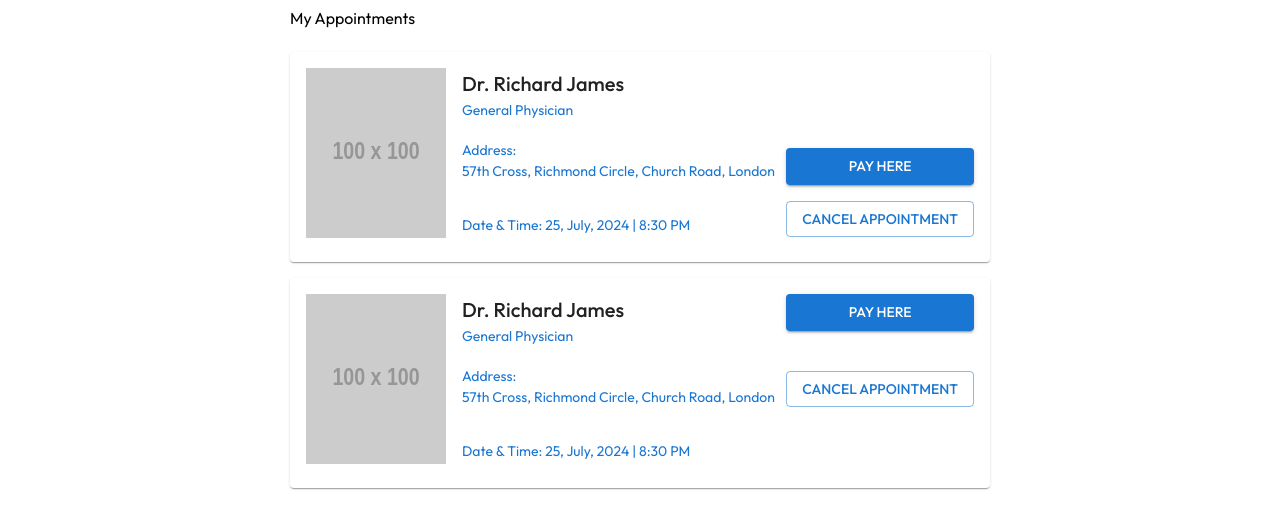
Repository: Ali-Dmerdash/DEPI_GRAD
Page: /
An editor plug-in stored every save of this project. The page is shown before and after the next save, followed by the edit.
The browser window is 1280 px wide. The pictures show the whole page.
The project was rebuilt for these pictures with package versions that can differ from the ones it lists, and the page was loaded fresh each time. Also part of the build but not shown: vite.config.ts.

Above is the page before, as saved 2024-10-08 21:23:28.

After the next save:
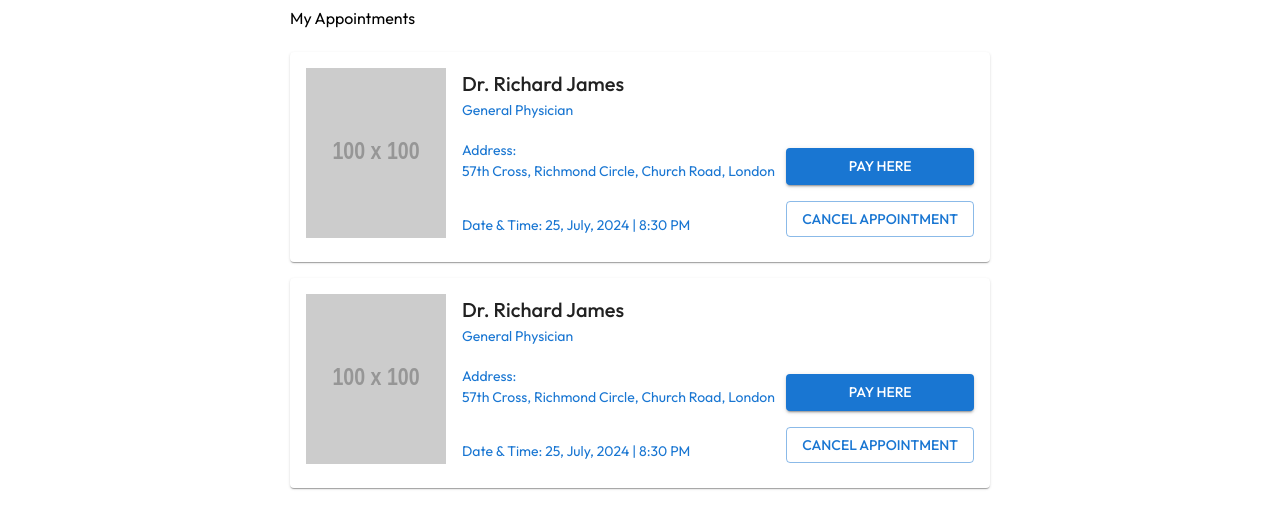
Saved 19 s later.
--- a/src/pages/myappointment/index.tsx
+++ b/src/pages/myappointment/index.tsx
@@ -99,14 +99,17 @@ const MyAppointment: React.FC = () => {
                 flexDirection="column"
                 justifyContent="flex-end"
               >
-                <Button variant="contained" color="primary">
+                <Button
+                  variant="contained"
+                  color="primary"
+                  sx={{ marginTop: 10 }}
+                >
                   Pay here
                 </Button>
-
                 <Button
                   variant="outlined"
                   color="primary"
-                  sx={{ marginTop: 5 }}
+                  sx={{ marginTop: 2 }}
                 >
                   Cancel appointment
                 </Button>
